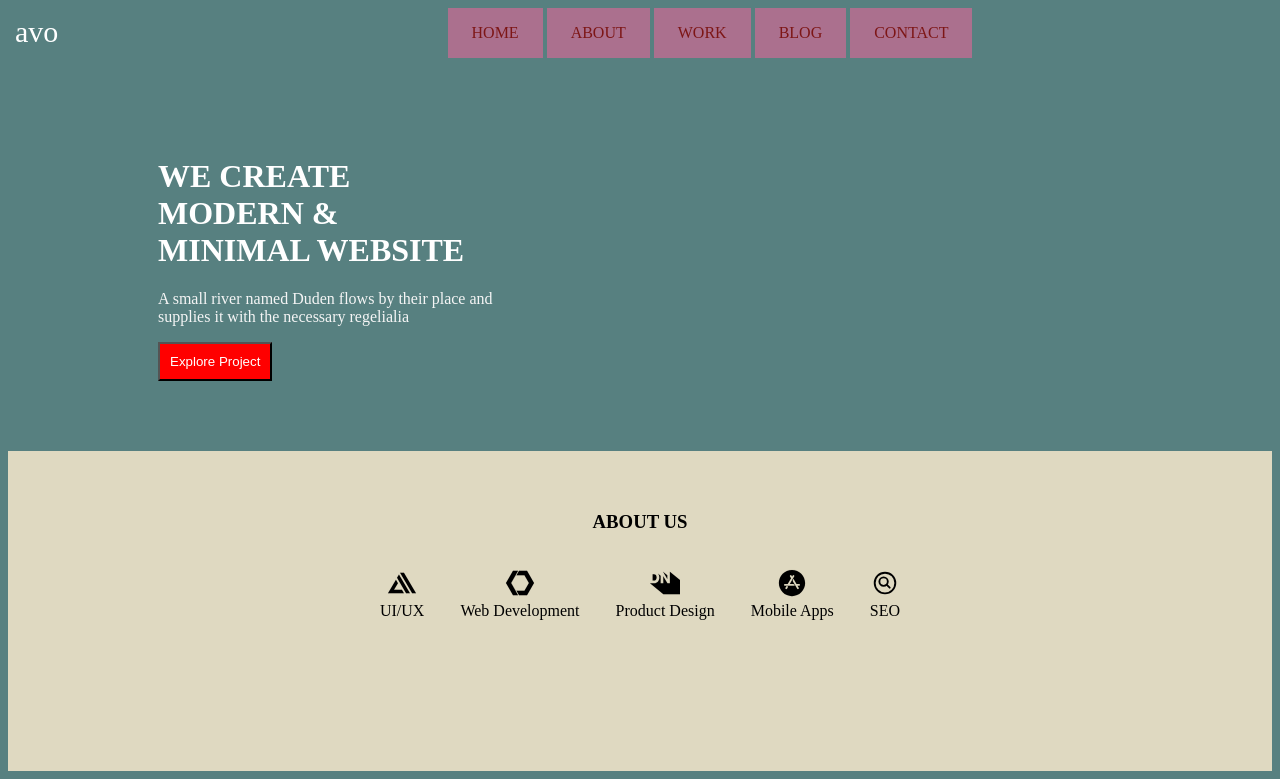
Repository: Tobby004/AVO-Template
Page: avo.html
The author's editor kept a copy of each file at every save. The page is drawn from the files as they stood at one save, then again after the next save.
The browser window is 1280 px wide. The pictures show the whole page.

Above is the page before, as saved 2023-05-17 10:14:27.

After the next save:
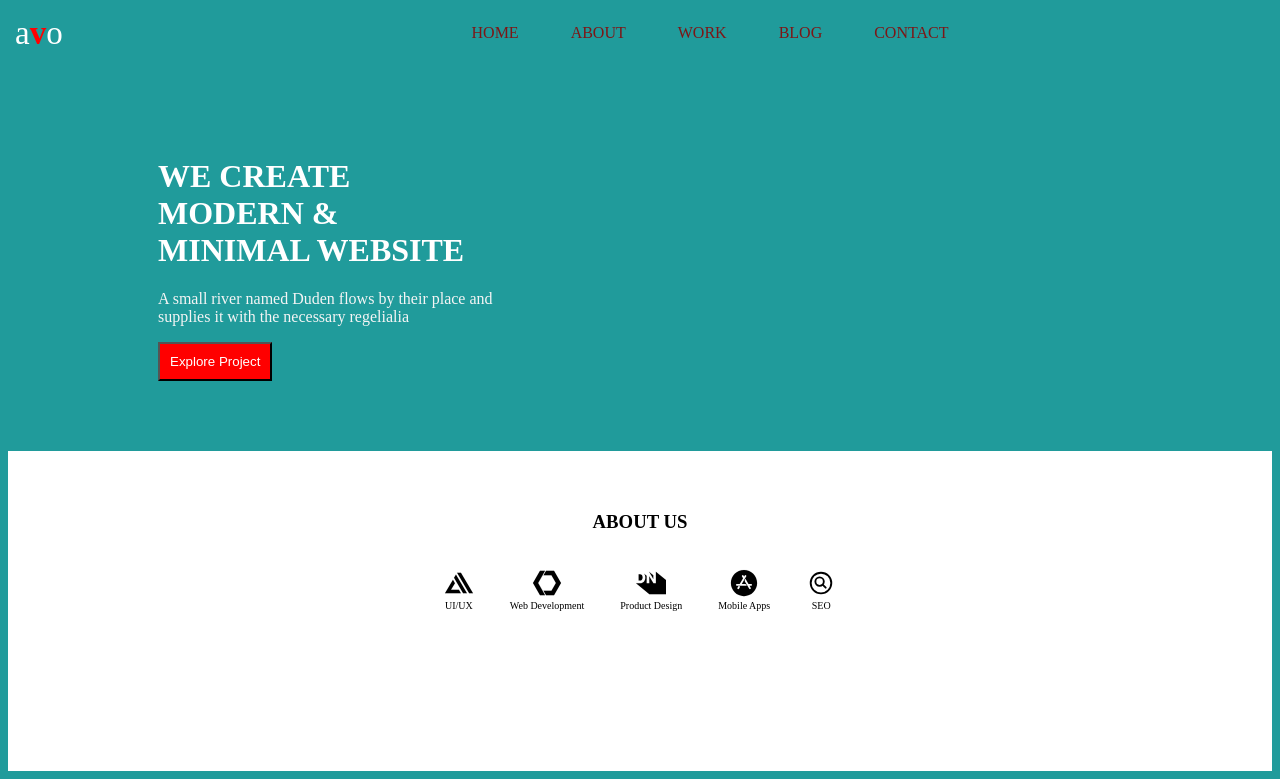
Saved 5 min 49 s later.
--- a/avo.html
+++ b/avo.html
@@ -8,7 +8,7 @@
     <link rel="stylesheet" href="avo.css">
 </head>
 <body>
-    <div class="logo">avo</div>
+    <div class="logo">a<b>v</b>o</div>
     <nav>
         <ul>
             <li><a href="#">HOME</a></li>
--- a/avo.css
+++ b/avo.css
@@ -2,14 +2,18 @@
     box-sizing: border-box;
 }
 body {
-    background: rgb(87, 128, 128);
+    background: rgb(32, 155, 155);
 }
 .logo {
-  font-size: 30px;
+  font-size: 33px;
   position: absolute;
   padding: 7px;
   color: white;
 }
+.logo b {
+    color: red;
+}
+
 nav ul {
     margin: auto;
     text-align:center;
@@ -21,9 +25,13 @@ nav li {
 nav a {
 text-decoration: none;
 padding: 1rem 1.5rem;
-background: rgb(171, 112, 142);
 color: #7d1616;
 }
+nav a:hover {
+    transition: 2s;
+    color: aqua;
+}
+
 h1 {
     color: white;
     margin-left: 150px;
@@ -41,7 +49,7 @@ input[type="button"] {
 }
 section {
     height: 320px;
-    background: rgb(223, 217, 193);
+    background:white;
     margin-top: 70px;
     text-align: center;
 }
@@ -52,6 +60,7 @@ section {
 section div {
     display: inline-block;
     padding: 1rem;
+    font-size: 10px;
 }
 div ion-icon {
     font-size: 30px;
